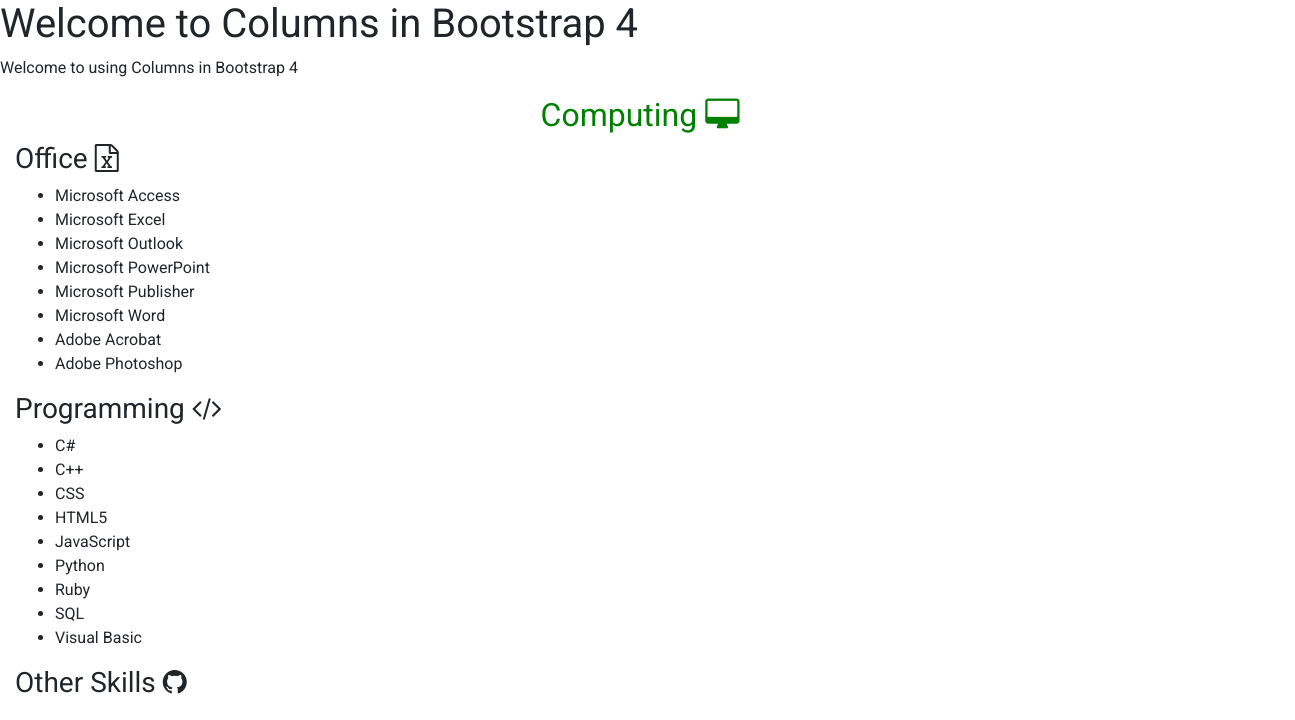
Repository: derektypist/columns-in-bootstrap-4
Page: index.html
The author's editor kept a record of every edit. The page is drawn from the files as they stood at one moment, then again after the next edit.
The browser window is 1280 px wide. The page is 1280 px wide, then 1295 px, so the pictures cover 1295 px, including what lies to the right of the window. The pictures show the whole page.

Above is the page before.

### index.html
<!DOCTYPE html>
<html lang="en">

<head>
    <meta charset="UTF-8">
    <meta name="viewport" content="width=device-width, initial-scale=1.0">
    <meta http-equiv="X-UA-Compatible" content="ie=edge">
    <title>Document</title>
    <!-- Load Style Sheets -->
    <link rel="stylesheet" href="https://maxcdn.bootstrapcdn.com/bootstrap/4.3.1/css/bootstrap.min.css" integrity="sha384-ggOyR0iXCbMQv3Xipma34MD+dH/1fQ784/j6cY/iJTQUOhcWr7x9JvoRxT2MZw1T" crossorigin="anonymous">
    <link rel="stylesheet" href="https://maxcdn.bootstrapcdn.com/font-awesome/4.7.0/css/font-awesome.min.css" type="text/css" />
    <link href="https://fonts.googleapis.com/css?family=Roboto&display=swap" rel="stylesheet">
    <link href="style.css" rel="stylesheet">
</head>

<body>
    <!-- Apply Header -->
    <header>
        <h1>Welcome to Columns in Bootstrap 4</h1>
        <p>Welcome to using Columns in Bootstrap 4</p>
    </header>

    <!-- Apply Sections -->
    <section>
        <h2>Computing <i class="fa fa-desktop" aria-hidden="true"></i></h2>

    <!-- Set Up Article for Office -->

    <article class="col-sm-4">
        <h3>Office <i class="fa fa-file-excel-o" aria-hidden="true"></i></h3>
        <ul>
            <li>Microsoft Access</li>
            <li>Microsoft Excel</li>
            <li>Microsoft Outlook</li>
            <li>Microsoft PowerPoint</li>
            <li>Microsoft Publisher</li>
            <li>Microsoft Word</li>
            <li>Adobe Acrobat</li>
            <li>Adobe Photoshop</li>
        </ul>
    </article>

    <!-- Set Up Article for Programming -->
    <article class="col-sm-4">
        <h3>Programming <i class="fa fa-code" aria-hidden="true"></i></h3>
        <ul>
            <li>C#</li>
            <li>C++</li>
            <li>CSS</li>
            <li>HTML5</li>
            <li>JavaScript</li>
            <li>Python</li>
            <li>Ruby</li>
            <li>SQL</li>
            <li>Visual Basic</li>
        </ul>
    </article>

    <!-- Set Up Article for Other Skills -->
    <article class="col-sm-4">
        <h3>Other Skills <i class="fa fa-github" aria-hidden="true"></i></h3>
    </article>
    </section>

</body>

</html>

### style.css
/* Body */

body {
    font-family: "Roboto", Arial, Verdana, sans-serif;
}

/* Header */

#myheader {
    color: purple;
    text-align: center;
}


/* Section */

h2 {
    color: green;
    text-align: center;
}

/* Office */

.office {
    background-color: lightgreen;
}

/* Programming */

.programming {
    background-color: lightblue;
}

/* Other Skills */

.otherskills {
    background-color: pink;
}

After the next edit:
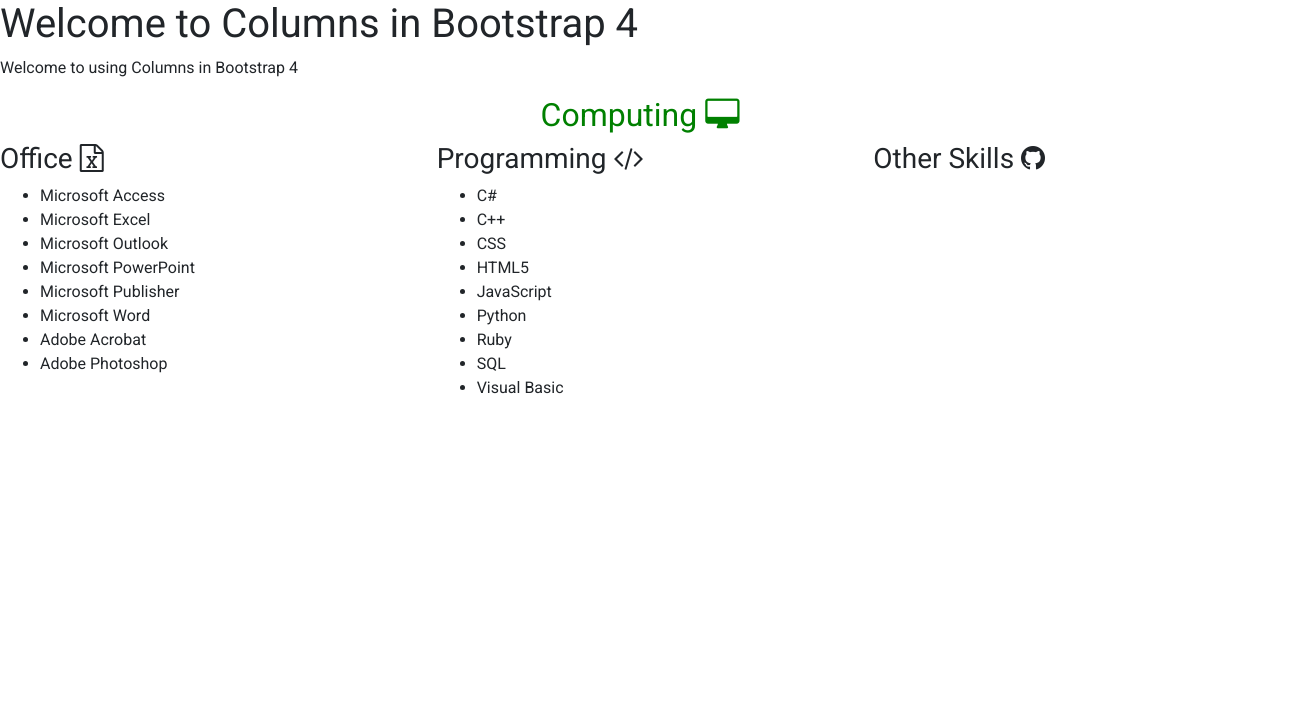
The edit:
--- a/index.html
+++ b/index.html
@@ -25,7 +25,7 @@
         <h2>Computing <i class="fa fa-desktop" aria-hidden="true"></i></h2>
 
     <!-- Set Up Article for Office -->
-
+    <article class="row">
     <article class="col-sm-4">
         <h3>Office <i class="fa fa-file-excel-o" aria-hidden="true"></i></h3>
         <ul>
